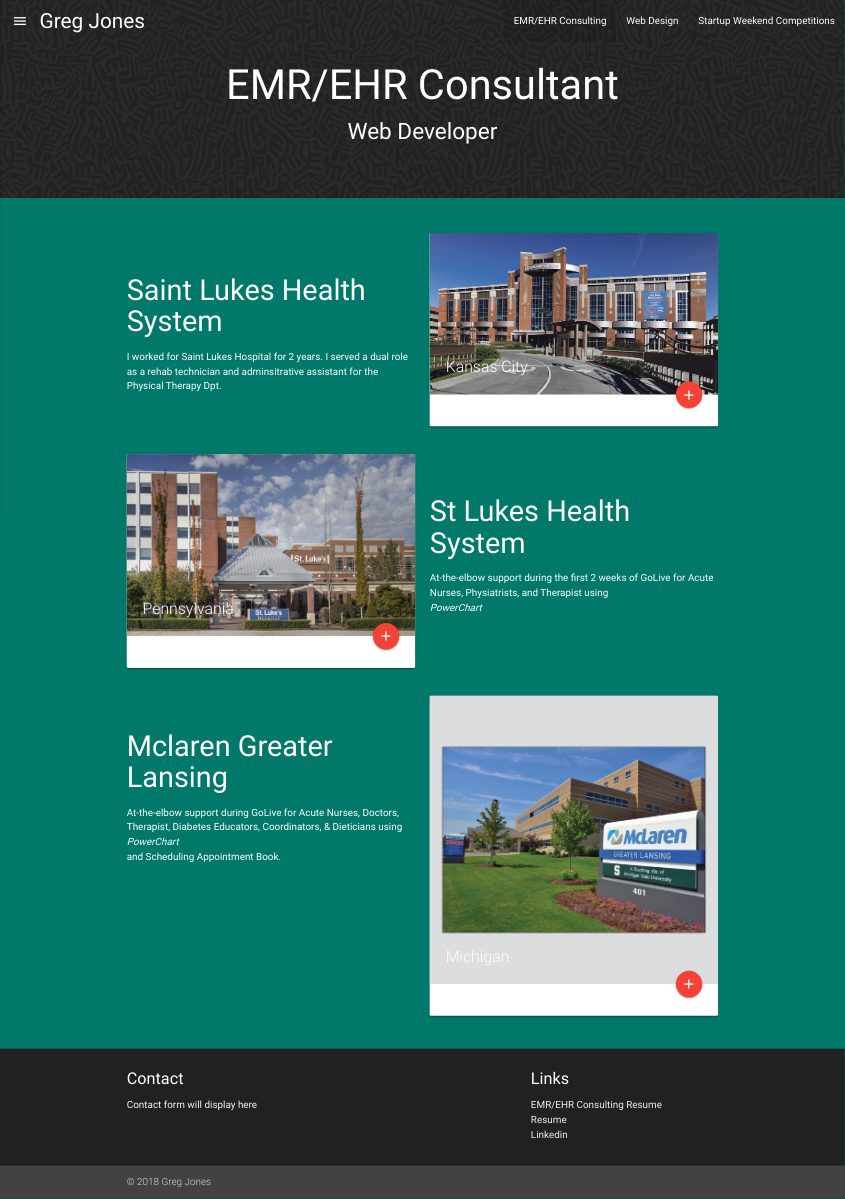
Repository: Greg919617/Existing-Portfolio
Page: index.html
These files come from the project's save history. The page is drawn as it stood at one moment and after the next save; the edit follows.
The browser window is 1280 px wide. The pictures show the whole page, at 66% of full size.
Some web libraries are served in a nearby version.

Above is the page before, as saved 2018-08-12 16:27:19.

After the next save:
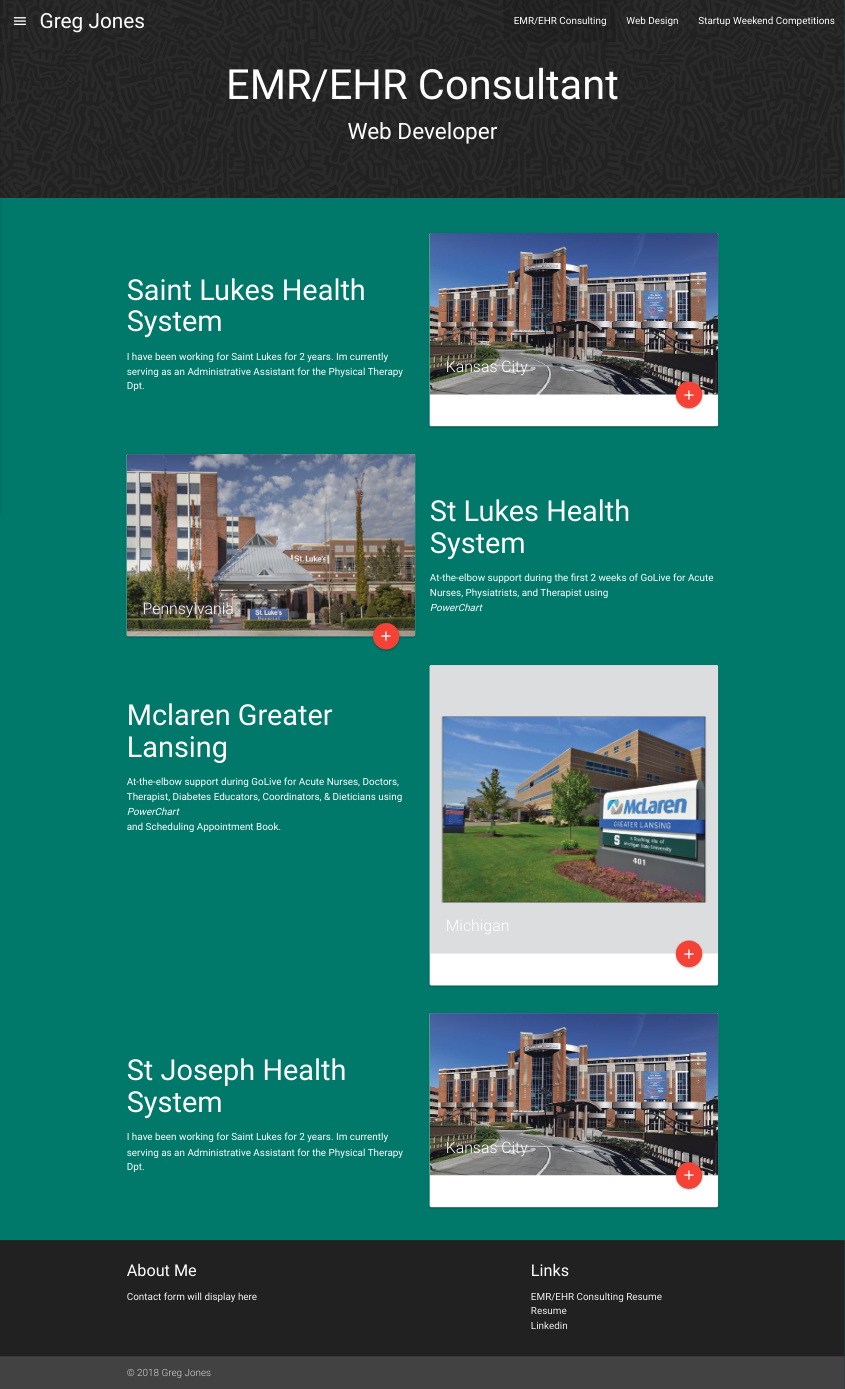
Saved 11 s later.
--- a/index.html
+++ b/index.html
@@ -58,7 +58,7 @@
         <div class="col m6 hide-on-small-only">
           <div class="img-content">
             <h3>Saint Lukes Health System</h3>
-            I worked for Saint Lukes Hospital for 2 years. I served a dual role as a rehab technician and adminsitrative assistant for the Physical Therapy Dpt.
+            I have been working for Saint Lukes for 2 years. Im currently serving as an Administrative Assistant for the Physical Therapy Dpt.
           </div>
         </div>
         <div class="col m6">
@@ -85,7 +85,7 @@
 
       <!-- Row 2 -->
       <div class="row row-2">
-        <div class="col m6">
+        <div class="col m6 hide-on-small-only">
           <div class="card">
             <div class="card-image">
               <img src="img/gallery/St-Lukes.jpg" alt="">
@@ -94,18 +94,9 @@
                 <i class="material-icons">add</i>
               </a>
             </div>
-            <div class="card-content">
-              <p>
-                <!-- <i class="material-icons">star</i>
-                <i class="material-icons">star</i>
-                <i class="material-icons">star</i>
-                <i class="material-icons">star</i>
-                <i class="material-icons">star_half</i> -->
-              </p>
-            </div>
-          </div>
-        </div>
-        <div class="col m6 hide-on-small-only">
+          </div>
+        </div>
+        <div class="col m6">
           <div class="img-content">
             <h3>St Lukes Health System</h3>
             At-the-elbow support during the first 2 weeks of GoLive for Acute Nurses, Physiatrists, and Therapist using <i>PowerChart</i>
@@ -142,6 +133,35 @@
           </div>
         </div>
       </div>
+<!-- Row 4 -->
+<div class="row row-4">
+  <div class="col m6 hide-on-small-only">
+    <div class="img-content">
+      <h3>St Joseph Health System</h3>
+      I have been working for Saint Lukes for 2 years. Im currently serving as an Administrative Assistant for the Physical Therapy Dpt.
+    </div>
+  </div>
+  <div class="col m6">
+    <div class="card">
+      <div class="card-image">
+        <img src="img/gallery/saintlukes.jpg" alt="">
+        <span class="card-title">Kansas City</span>
+        <a href="#abstract1" class="btn-floating halfway-fab waves-effect waves-light red modal-trigger">
+          <i class="material-icons">add</i>
+        </a>
+      </div>
+      <div class="card-content">
+        <p>
+          <!-- <i class="material-icons">star</i>
+          <i class="material-icons">star</i>
+          <i class="material-icons">star</i>
+          <i class="material-icons">star</i>
+          <i class="material-icons">star</i> -->
+        </p>
+      </div>
+    </div>
+  </div>
+</div>
     </div>
   </section>
 
@@ -150,14 +170,14 @@
     <div class="container">
       <div class="row">
         <div class="col l6 s12">
-          <h5 class="white-text">Contact</h5>
+          <h5 class="white-text">About Me</h5>
           <p class="grey-text text-lighten-4">Contact form will display here</p>
         </div>
         <div class="col l4 offset-l2 s12">
           <h5 class="white-text">Links</h5>
           <ul>
             <li>
-              <a class="grey-text text-lighten-3" href="resources/emr-resume.pdf">EMR/EHR Consulting Resume</a>
+              <a class="grey-text text-lighten-3" href="resources/emr-resume1.pdf" target="_blank">EMR/EHR Consulting Resume</a>
             </li>
             <li>
               <a class="grey-text text-lighten-3" href="resources/updated-resume.pdf">Resume</a>
@@ -187,7 +207,7 @@
 
       <br>
       <br>
-      <br>Epic training and Healthstream courses
+      <br>Epic Training and Courses
       <br>
       <br>
 
@@ -216,7 +236,7 @@
   <div id="abstract2" class="modal">
     <div class="modal-content">
       <h4>Cerner PowerChart</h4>
-      <img src="img/gallery/St-Lukes.jpg" alt="St Lukes Allentown, PA" class="responsive-img"> <br> At-the-elbow support during the Go-Live for Acute Nurses, Physiatrists, and Therapist using PowerChart.
+      <img src="img/gallery/St-Lukes.jpg" alt="St Lukes Allentown, PA" class="responsive-img"> <br> At-the-elbow support during the Go-Live for Acute Nurses, Physiatrist, and Therapist using PowerChart.
     </div>
     <div class="modal-footer">
       <p>
@@ -272,7 +292,8 @@
         {
           selector: '.row-3', offset: 400, callback: function (el) {
             Materialize.fadeInImage($(el));
-          }
+          },
+
         }
       ];
 
